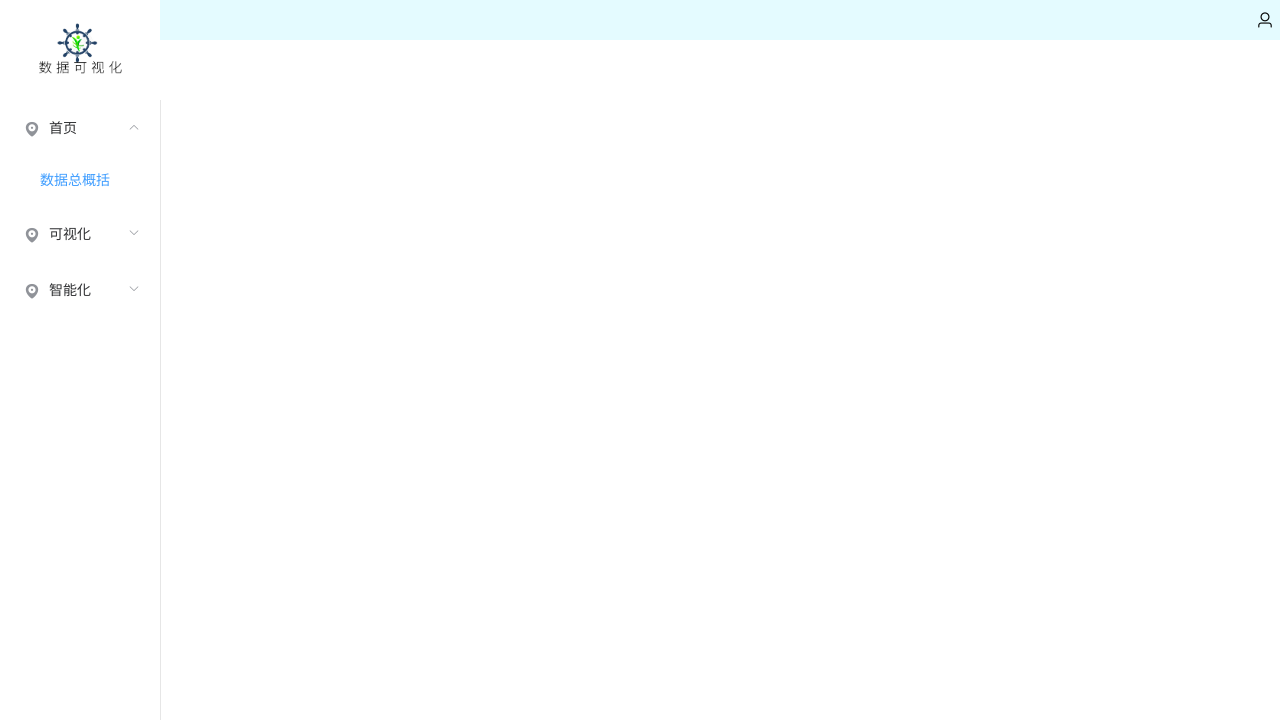
Repository: FoSuCloud/lianjia-vue
Page: /#/home/list
The author's editor kept a copy of each file at every save. The page is drawn from the files as they stood at one save, then again after the next save.
The browser window is 1280 px wide. The pictures show the whole page.
The project was rebuilt for these pictures with package versions that can differ from the ones it lists, and the page was loaded fresh each time. Also part of the build but not shown: vue.config.js.

Above is the page before, as saved 2021-03-27 21:25:27.

### public/index.html
<!DOCTYPE html>
<html lang="">

<head>
    <meta charset="utf-8">
    <meta http-equiv="X-UA-Compatible" content="IE=edge">
    <meta name="viewport" content="width=device-width,initial-scale=1.0">
    <link rel="icon" href="<%= BASE_URL %>favicon.svg">
    <title>
        <%= htmlWebpackPlugin.options.title %>
    </title>
</head>

<body>
    <noscript>
      <strong>We're sorry but <%= htmlWebpackPlugin.options.title %> doesn't work properly without JavaScript enabled. Please enable it to continue.</strong>
    </noscript>
    <div id="app"></div>
    <!-- built files will be auto injected -->
</body>

</html>

### src/main.js
import Vue from "vue";
import App from "./App.vue";
import router from "./router";
import store from "./store";
import ElementUI from "element-ui";
import "element-ui/lib/theme-chalk/index.css";
import "@/assets/scss/index.scss";
import axios from '@/api/axios.js'
// 引入 echarts 核心模块，核心模块提供了 echarts 使用必须要的接口。
import * as echarts from 'echarts/core';
// 引入柱状图图表，图表后缀都为 Chart
import {
    BarChart
} from 'echarts/charts';
// 引入提示框，标题，直角坐标系组件，组件后缀都为 Component
import {
    TitleComponent,
    TooltipComponent,
    GridComponent
} from 'echarts/components';
// 引入 Canvas 渲染器，注意引入 CanvasRenderer 或者 SVGRenderer 是必须的一步
import {
    CanvasRenderer
} from 'echarts/renderers';

// 注册必须的组件
echarts.use(
    [TitleComponent, TooltipComponent, GridComponent, BarChart, CanvasRenderer]
);
Vue.prototype.$axios = axios()
Vue.use(ElementUI, { size: "small", zIndex: 3000 });
Vue.config.productionTip = false;

new Vue({
    router,
    store,
    render: h => h(App)
}).$mount("#app");

### src/App.vue
<template>
  <div id="app">
    <router-view></router-view>
  </div>
</template>

<script>
export default {
  name: "app"
};
</script>

<style lang="scss">
#app{
  width:100%;
  height: 100%;
  min-height: 460px;
  min-width: 720px;
}
</style>

### src/router/index.js
import Vue from "vue";
import VueRouter from "vue-router";
import { RouterConstant } from '@/router/RouterConstant';
import MainLayout from "@/views/MainLayout.vue";

Vue.use(VueRouter);

let routes = [];

const dynamicRoutes = [{
        path: RouterConstant.HOME,
        name: "首页",
        component: MainLayout,
        permission: true,
        redirect: RouterConstant.HOME_DATA,
        children: [{
            path: RouterConstant.HOME_DATA,
            name: "数据可视化",
            component: () =>
                import ("@/views/home/Data.vue"),
            parentPath: RouterConstant.HOME,
            hiddenSidebar: true
        }, {
            path: RouterConstant.HOME_LIST,
            name: "数据总概括",
            component: () =>
                import ("@/views/home/Home.vue"),
            parentPath: RouterConstant.HOME
        }]
    },
    {
        path: RouterConstant.VISUALIZE,
        name: "可视化",
        component: MainLayout,
        permission: true,
        redirect: RouterConstant.VISUALIZE_GZ,
        children: [{
                path: RouterConstant.VISUALIZE_GZ,
                name: "广州",
                component: () =>
                    import ("@/views/visualize/City.vue"),
                parentPath: RouterConstant.VISUALIZE
            },
            {
                path: RouterConstant.VISUALIZE_SZ,
                name: "深圳",
                component: () =>
                    import ("@/views/visualize/City.vue"),
                parentPath: RouterConstant.VISUALIZE
            },
            {
                path: RouterConstant.VISUALIZE_BJ,
                name: "北京",
                component: () =>
                    import ("@/views/visualize/City.vue"),
                parentPath: RouterConstant.VISUALIZE
            },
            {
                path: RouterConstant.VISUALIZE_SH,
                name: "上海",
                component: () =>
                    import ("@/views/visualize/City.vue"),
                parentPath: RouterConstant.VISUALIZE
            }
        ]
    },
    {
        path: RouterConstant.BRAIN,
        name: "智能化",
        component: MainLayout,
        permission: true,
        redirect: RouterConstant.BRAIN_CALCULATE,
        children: [{
            path: RouterConstant.BRAIN_CALCULATE,
            name: "房价预测",
            component: () =>
                import ("@/views/brain/Calculate.vue"),
            parentPath: RouterConstant.BRAIN
        }]
    }
];

const withoutAuthRoutes = [{
    path: "/about",
    name: "About",
    component: () =>
        import ("@/views/About.vue")
}];

const staticRoutes = [{
    path: "/",
    redirect: "/home"
}];

routes.push(...dynamicRoutes, ...withoutAuthRoutes, ...staticRoutes);

const router = new VueRouter({
    mode: "hash",
    base: process.env.BASE_URL,
    routes
});

export default router;

### src/assets/scss/index.scss
@import './reset';
@import './global';

### src/api/axios.js
import axios from 'axios'

// 创建 axios 实例
let service = axios.create({
    // headers: {'Content-Type': 'application/json'},
    timeout: 60000
})

// 设置 post、put 默认 Content-Type
service.defaults.headers.post['Content-Type'] = 'application/json'
service.defaults.headers.put['Content-Type'] = 'application/json'

// 添加请求拦截器
service.interceptors.request.use(
    (config) => {
        if (config.method === 'post' || config.method === 'put') {
            // post、put 提交时，将对象转换为string, 为处理Java后台解析问题
            config.data = JSON.stringify(config.data)
        }
        // 请求发送前进行处理
        return config
    },
    (error) => {
        // 请求错误处理
        return Promise.reject(error)
    }
)

// 添加响应拦截器
service.interceptors.response.use(
    (response) => {
        let { data } = response
        return data
    },
    (error) => {
        let info = {},
            { status, statusText, data } = error.response

        if (!error.response) {
            info = {
                code: 5000,
                msg: 'Network Error'
            }
        } else {
            // 此处整理错误信息格式
            info = {
                code: status,
                data: data,
                msg: statusText
            }
        }
    }
)

/**
 * 创建统一封装过的 axios 实例
 * @return {AxiosInstance}
 */
export default function() {
    return service
}

### src/router/RouterConstant.js
const RouterConstant = {
    HOME: "/home",
    HOME_LIST: '/home/list',
    HOME_DATA: '/home/data',

    VISUALIZE: "/visualize",
    VISUALIZE_GZ: "/visualize/gz",
    VISUALIZE_SZ: "/visualize/sz",
    VISUALIZE_BJ: "/visualize/bj",
    VISUALIZE_SH: "/visualize/sh",

    BRAIN: "brain",
    BRAIN_CALCULATE: "/brain/calculate"
}

export { RouterConstant }

### src/views/MainLayout.vue
<template>
  <div class="main-layout">
    <Sidebar></Sidebar>
    <div class="main-layout__content">
      <Header></Header>
      <router-view></router-view>
    </div>
  </div>
</template>

<script>
import Sidebar from "@/components/sidebar/SideBar.vue";
import Header from "@/components/header/Header.vue";
export default {
  name: "MainLayout",
  components: {
    Sidebar,
    Header
  }
};
</script>

<style lang="scss">
.main-layout {
  width: 100%;
  height: 100%;
  display: flex;
  .main-layout__content{
    flex: 1;
  }
}
</style>

### src/views/home/Home.vue
<template>
  <div class="home">
    <div class="home-bar"></div>
  </div>
</template>

<script>
export default {
  name: "Home",
  mounted() {
    this.initBar();
  },
  methods: {
    initBar() {
      let bar = echarts.init(document.getElementsByClassName("home-bar")[0]);
      bar.setOption({
        xAxis: {
          type: "category",
          data: ["Mon", "Tue", "Wed", "Thu", "Fri", "Sat", "Sun"],
        },
        yAxis: {
          type: "value",
        },
        series: [
          {
            data: [120, 200, 150, 80, 70, 110, 130],
            type: "bar",
            showBackground: true,
            backgroundStyle: {
              color: "rgba(180, 180, 180, 0.2)",
            },
          },
        ],
      });
    },
  },
};
</script>

<style lang="scss"></style>

### src/assets/scss/reset.scss
@charset 'utf-8';

/*这些元素都建议重新初始化*/

body,
div,
dl,
dt,
dd,
ul,
ol,
li,
tr,
td,
th,
h1,
h2,
h3,
h4,
h5,
h6,
hr,
br,
img,
table,
input,
form,
a,
p,
textarea {
    padding: 0;
    margin: 0;
}

html,
body {
    height: 100%;
}


/*去掉列表默认排列*/

ul,
ol,
li {
    list-style: none;
}


/*去掉底部横线*/


/*把a元素更改设置成块级元素，这个根据实际情况决定要不要*/

a {
    text-decoration: none;
    display: block;
}


/*img标签要清除border。*/


/*display设为block设置为块级元素，默认为display:inline;
存在下边线多出4px状况,所以一般设为block*/

img {
    border: 0;
    display: block;
}


/*清除浮动破坏带来的塌陷问题*/


/*清除浮动的兼容IE*/

.clearfloat {
    zoom: 1;
}

.clearfloat:after {
    display: block;
    clear: both;
    content: "";
    visibility: hidden;
    height: 0;
}

### src/assets/scss/global.scss
.el-menu {
    width: 100%;
}

### src/components/sidebar/SideBar.vue
<template>
  <div class="lianjia-sidebar">
    <img
      :src="require('../../../public/logo.png')"
      class="lianjia-sidebar__logo"
    />
    <el-menu
      v-if="routes.length"
      :default-active="$route.parentPath || $route.path"
      class="el-menu-vertical-demo"
      router
      unique-opened
    >
      <el-submenu
        v-for="(item, index) in routes"
        :key="index"
        :index="item.path"
      >
        <template slot="title">
          <i class="el-icon-location"></i>
          <span>{{ item.name }}</span>
        </template>
        <div v-for="(sub, sIndex) in item.children" :key="sIndex">
          <el-menu-item v-if="!sub.hiddenSidebar" :index="sub.path">{{
            sub.name
          }}</el-menu-item>
        </div>
      </el-submenu>
    </el-menu>
  </div>
</template>

<script>
export default {
  name: "Sidebar",
  data() {
    return {
      routes: [],
    };
  },
  created() {
    this.routes = this.$router.options.routes.filter((item) => item.permission);
  },
};
</script>

<style lang="scss">
.lianjia-sidebar {
  height: 100%;
  width: 160px;
  .lianjia-sidebar__logo {
    width: 100px;
    height: 60px;
    margin: 20px auto;
  }
  .el-menu {
    height: calc(100% - 100px);
  }
}
</style>

### src/components/header/Header.vue
<template>
  <div class="lianjia-header">
     <i class="el-icon-user lianjia-header__icon" @click="toUserCenter"></i>
  </div>
</template>

<script>
export default {
  name: "Header",
  methods:{
      toUserCenter(){
          this.$router.push('/visualize/gz')
      }
  }
};
</script>

<style lang="scss">
.lianjia-header{
    display: flex;
    align-items: center;
    justify-content: flex-end;
    width: 100%;
    height: 40px;
    background: #e4fbff;
    .lianjia-header__icon{
        width: 24px;
        font-size: 18px;
    }
}
</style>

Loaded but not shown: src/store/index.js (common file)

After the next save:
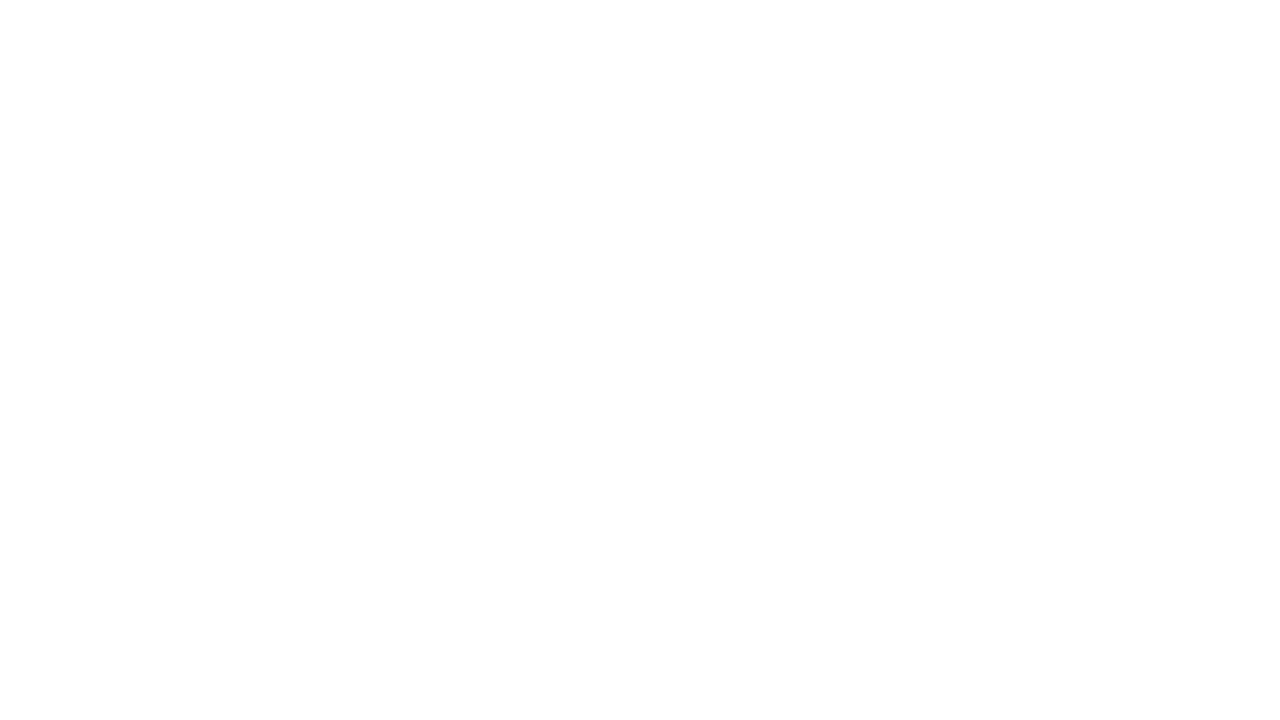
Console error: ReferenceError: echartsVue is not defined
Saved 68 s later.
--- a/src/main.js
+++ b/src/main.js
@@ -27,6 +27,8 @@
 echarts.use(
     [TitleComponent, TooltipComponent, GridComponent, BarChart, CanvasRenderer]
 );
+//vue全局注入
+echartsVue.prototype.$echarts = echarts
 Vue.prototype.$axios = axios()
 Vue.use(ElementUI, { size: "small", zIndex: 3000 });
 Vue.config.productionTip = false;

After the save that followed:
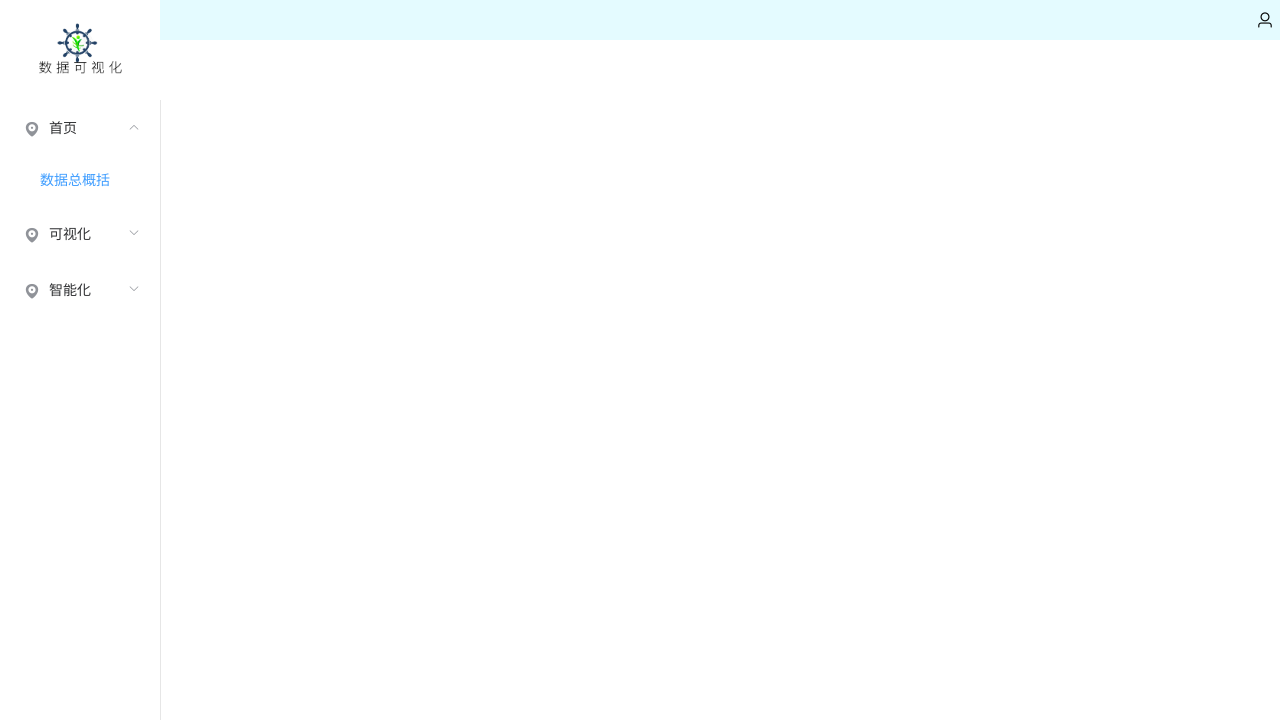
The error is gone.
Saved 21 s later.
--- a/src/main.js
+++ b/src/main.js
@@ -28,7 +28,7 @@
     [TitleComponent, TooltipComponent, GridComponent, BarChart, CanvasRenderer]
 );
 //vue全局注入
-echartsVue.prototype.$echarts = echarts
+Vue.prototype.$echarts = echarts
 Vue.prototype.$axios = axios()
 Vue.use(ElementUI, { size: "small", zIndex: 3000 });
 Vue.config.productionTip = false;
